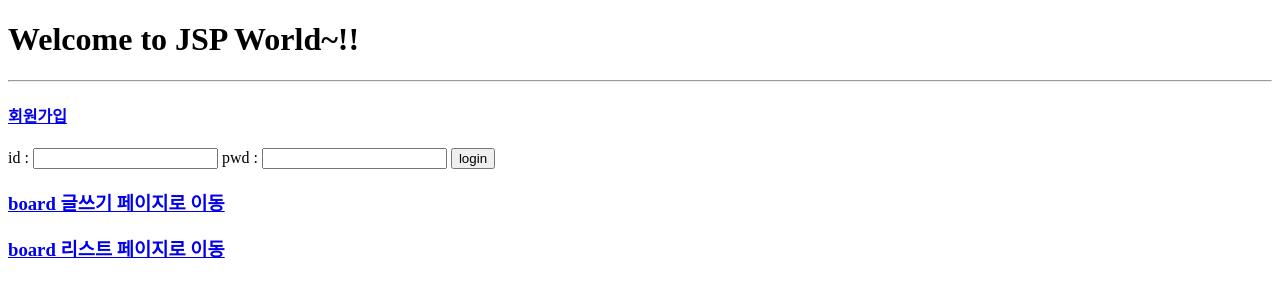
Repository: dtkd19/jsp-jstl_241022
Page: http://localhost/jsp_study/index.jsp
The author's editor kept a copy of each file at every save. The page is drawn from the files as they stood at one save, then again after the next save.
The browser window is 1280 px wide. The pictures show the whole page.
The page is served by Tomcat 9. Other server files are loaded and not shown.

Above is the page before, as saved 2024-10-25 02:36:54.

### jsp_study/src/main/webapp/index.jsp
<%@ page language="java" contentType="text/html; charset=UTF-8"
    pageEncoding="UTF-8"%>
<!DOCTYPE html>
<html>
<head>
<meta charset="UTF-8">
<title>Insert title here</title>
</head>
<body>
	<h1>Welcome to JSP World~!!</h1>
	<hr>
	<h4><a href="/mem/join">회원가입</a></h4>
	<div>
	<form action="/mem/login" method = "post">
	id : <input type="text" name="id"> pwd : <input type="password" name="pwd">
	<button type="submit">login</button>
	</form>
	</div>

	<!-- jsp의 모든경로는 controller로 이동하게 해야함. -->
	<h3><a href="/brd/register">board 글쓰기 페이지로 이동</a></h3>
	<h3><a href="/brd/list">board 리스트 페이지로 이동</a></h3>

</body>
</html>

After the next save:
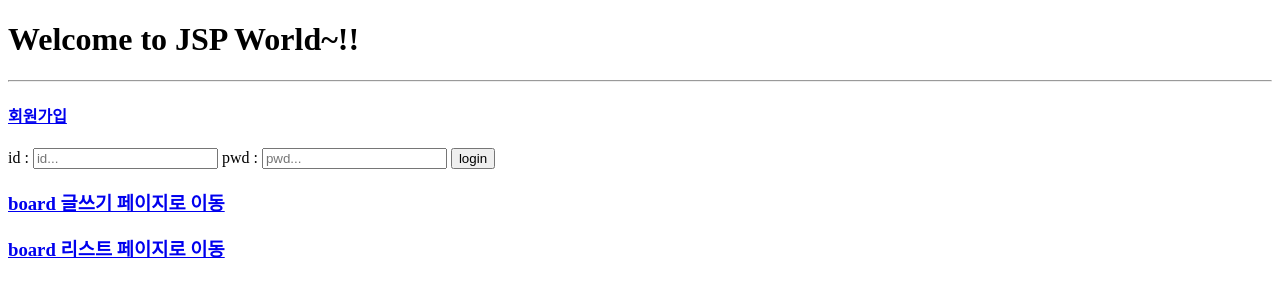
Saved 13 s later.
--- a/jsp_study/src/main/webapp/index.jsp
+++ b/jsp_study/src/main/webapp/index.jsp
@@ -12,7 +12,8 @@
 	<h4><a href="/mem/join">회원가입</a></h4>
 	<div>
 	<form action="/mem/login" method = "post">
-	id : <input type="text" name="id"> pwd : <input type="password" name="pwd">
+	id : <input type="text" name="id" placeholder="id...">
+	pwd : <input type="password" name="pwd" placeholder="pwd...">
 	<button type="submit">login</button>
 	</form>
 	</div>
